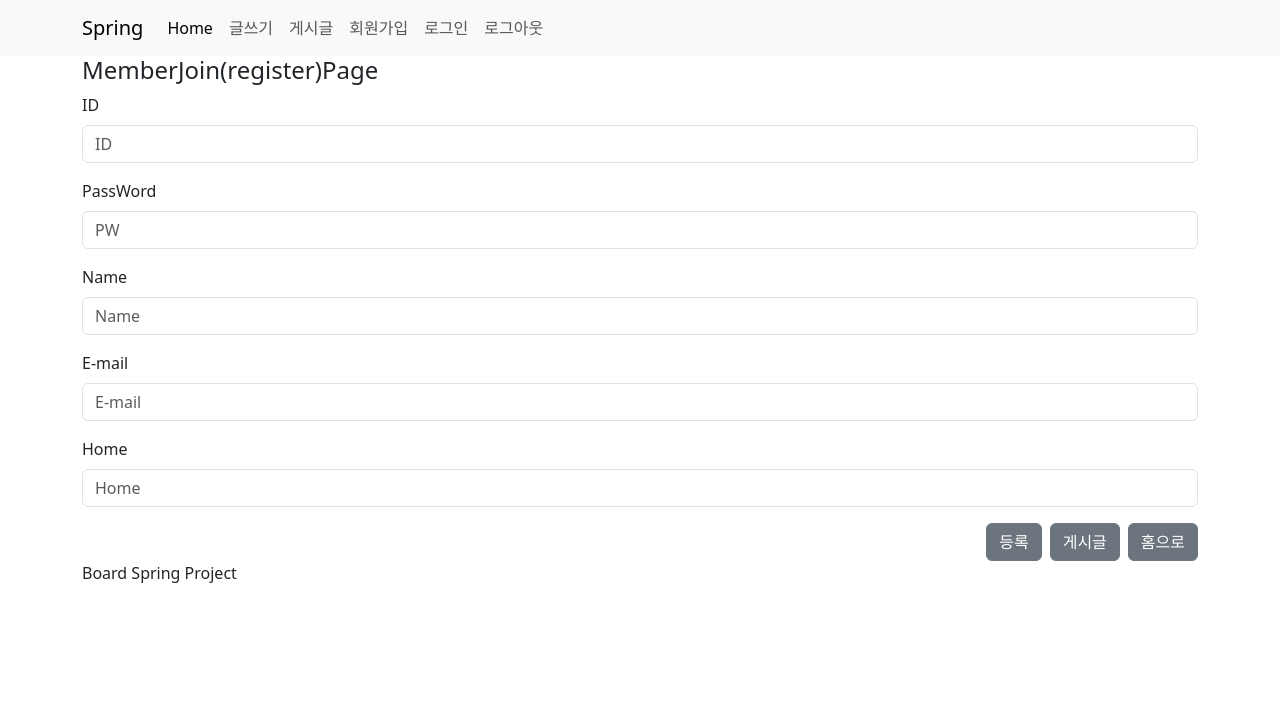
Repository: dasberaht/240430_SPRING_PROJECT
Page: http://localhost/spring_study/WEB-INF/views/member/register.jsp
These files come from the project's save history. The page is drawn as it stood at one moment and after the next save; the edit follows.
The browser window is 1280 px wide. The pictures show the whole page.
The page is served by Tomcat 9. Nobody is signed in. The template is opened directly, without the code that normally fills it, so the values that code supplies are empty.

Above is the page before, as saved 2024-04-25 05:52:17.

After the next save:
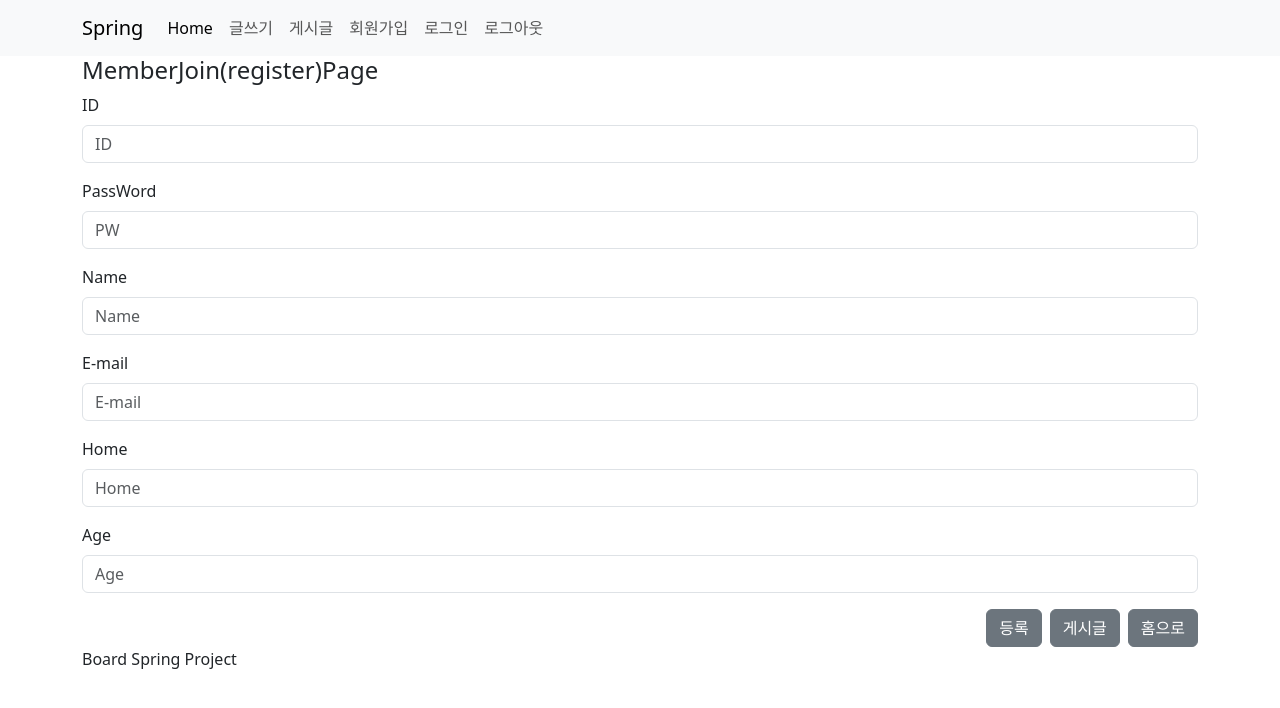
Saved 21 s later.
--- a/spring_study/src/main/webapp/WEB-INF/views/member/register.jsp
+++ b/spring_study/src/main/webapp/WEB-INF/views/member/register.jsp
@@ -26,6 +26,10 @@
 			  <label for="h" class="form-label">Home</label>
 			  <input type="text" class="form-control" name="home" id="h" placeholder="Home">
 			</div>
+			<div class="mb-3">
+			  <label for="a" class="form-label">Age</label>
+			  <input type="text" class="form-control" name="age" id="a" placeholder="Age">
+			</div>
 
 
 			<div class="d-grid gap-2 d-md-flex justify-content-md-end">
